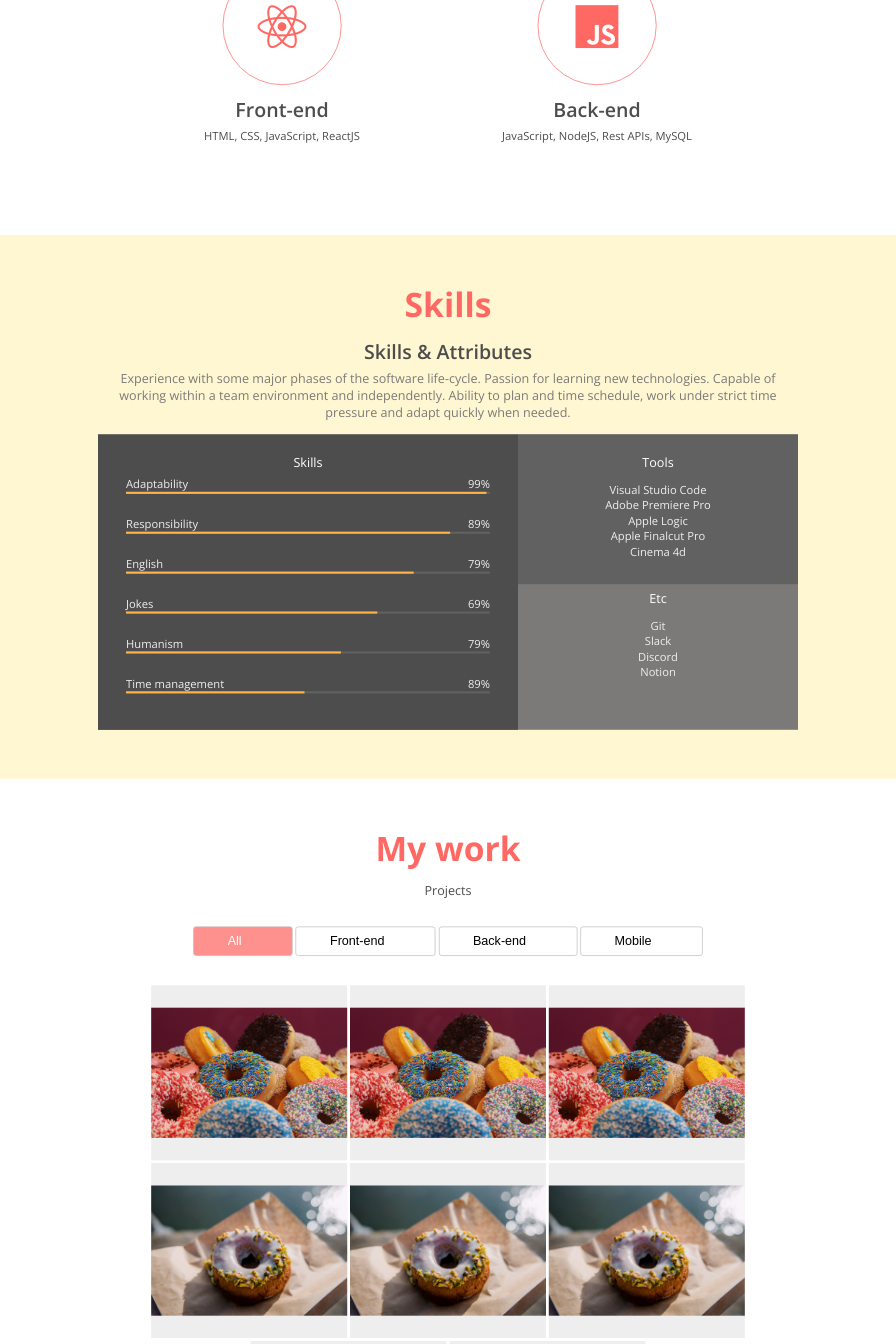
Repository: hesshess/Portfolio
Page: index.html
The author's editor kept a copy of each file at every save. The page is drawn from the files as they stood at one save, then again after the next save.
The browser window is 1280 px wide. The pictures show the part of the page from y = 1011 to 2931 px (the page is 4152 px tall), at 70% of full size.
Some web libraries are served in a nearby version.

Above is the page before, as saved 2022-10-18 15:33:40.

After the next save:
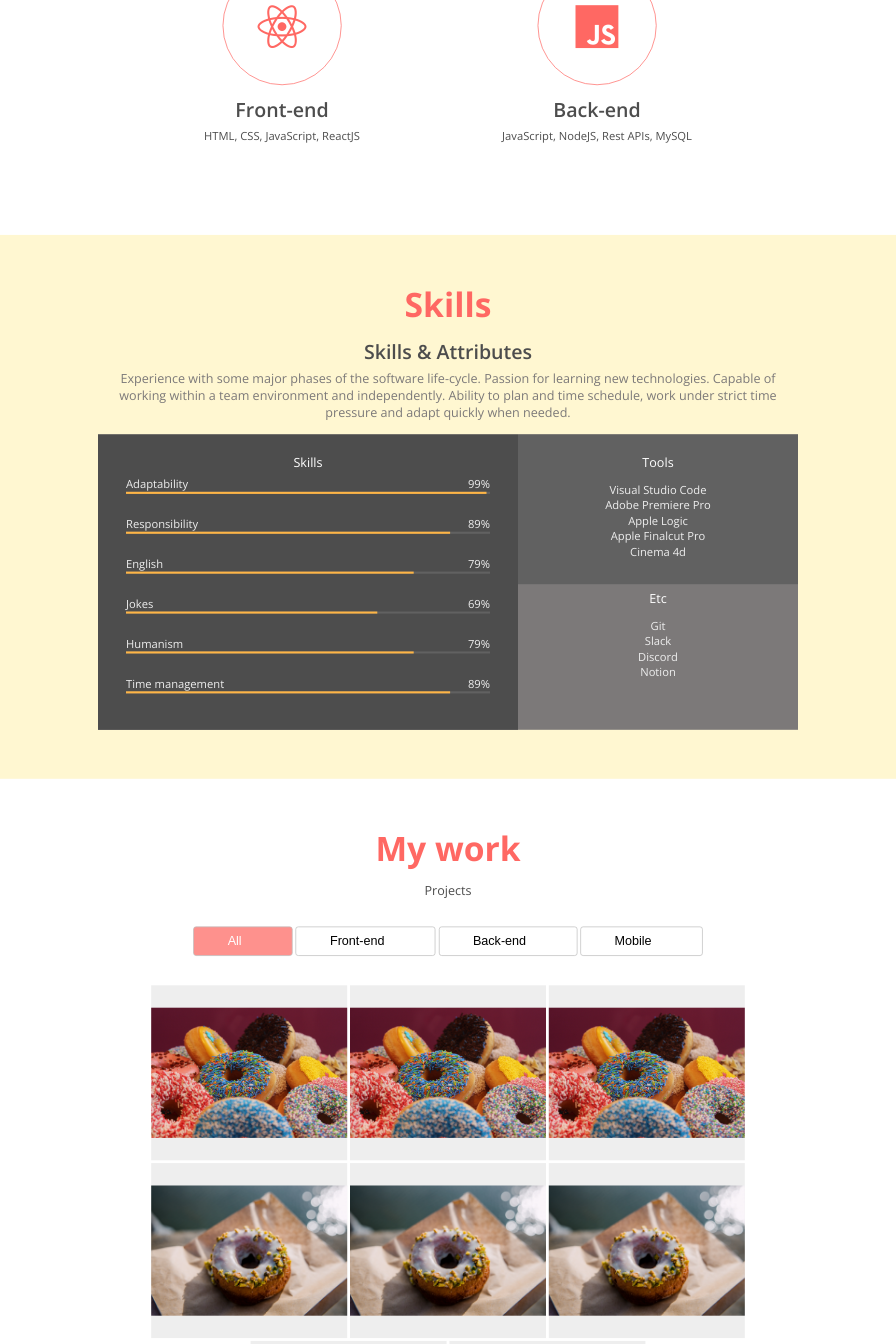
Saved 43 s later.
--- a/index.html
+++ b/index.html
@@ -145,7 +145,7 @@
                 <span>79%</span>
               </div>
               <div class="skill__bar">
-                <div class="skill__value" style="width: 59%"></div>
+                <div class="skill__value" style="width: 79%"></div>
               </div>
             </div>
             <div class="skill">
@@ -154,7 +154,7 @@
                 <span>89%</span>
               </div>
               <div class="skill__bar">
-                <div class="skill__value" style="width: 49%"></div>
+                <div class="skill__value" style="width: 89%"></div>
               </div>
             </div>
           </div>
